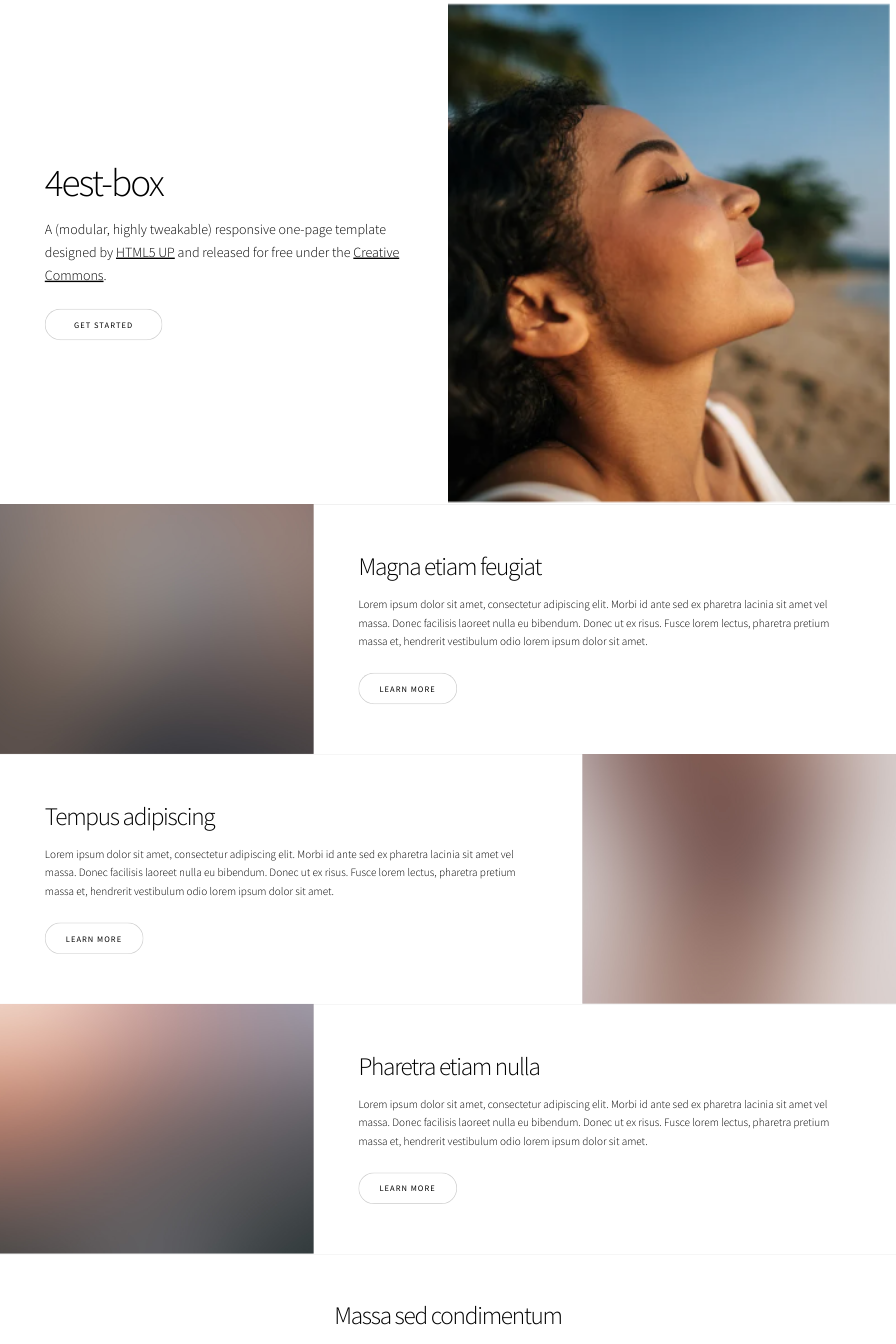
Repository: alejandroRdzGarza/4est-box-landing-page
Page: index.html
An editor plug-in stored every save of this project. The page is shown before and after the next save, followed by the edit.
The browser window is 1280 px wide. The pictures show the part of the page from y = 0 to 1920 px (the page is 5897 px tall before and 5742 px after), at 70% of full size.

Above is the page before, as saved 2025-03-04 18:42:44.

### index.html
<!DOCTYPE HTML>
<!--
	Story by HTML5 UP
	html5up.net | @ajlkn
	Free for personal and commercial use under the CCA 3.0 license (html5up.net/license)
-->
<html>
	<head>
		<title>Story by HTML5 UP</title>
		<meta charset="utf-8" />
		<meta name="viewport" content="width=device-width, initial-scale=1, user-scalable=no" />
		<link rel="stylesheet" href="assets/css/main.css" />
		<link rel="stylesheet" href="assets/css/main.css" />
		<noscript><link rel="stylesheet" href="assets/css/noscript.css" /></noscript>
	</head>
	<body class="is-preload">

		<!-- Wrapper -->
			<div id="wrapper" class="divided">

				<!-- One -->
					<section class="banner style1 orient-left content-align-left image-position-right fullscreen onload-image-fade-in onload-content-fade-right">
						<div class="content">
							<h1>4est-box</h1>
							<p class="major">A (modular, highly tweakable) responsive one-page template designed by <a href="https://html5up.net">HTML5 UP</a> and released for free under the <a href="https://html5up.net/license">Creative Commons</a>.</p>
							<ul class="actions stacked">
								<li><a href="#first" class="button big wide smooth-scroll-middle">Get Started</a></li>
							</ul>
						</div>
						<div class="image">
							<img src="images-landing/5.png" alt="" />
						</div>
					</section>

				<!-- Two -->
					<section class="spotlight style1 orient-right content-align-left image-position-center onscroll-image-fade-in" id="first">
						<div class="content">
							<h2>Magna etiam feugiat</h2>
							<p>Lorem ipsum dolor sit amet, consectetur adipiscing elit. Morbi id ante sed ex pharetra lacinia sit amet vel massa. Donec facilisis laoreet nulla eu bibendum. Donec ut ex risus. Fusce lorem lectus, pharetra pretium massa et, hendrerit vestibulum odio lorem ipsum dolor sit amet.</p>
							<ul class="actions stacked">
								<li><a href="#" class="button">Learn More</a></li>
							</ul>
						</div>
						<div class="image">
							<img src="images/spotlight01.jpg" alt="" />
						</div>
					</section>

				<!-- Three -->
					<section class="spotlight style1 orient-left content-align-left image-position-center onscroll-image-fade-in">
						<div class="content">
							<h2>Tempus adipiscing</h2>
							<p>Lorem ipsum dolor sit amet, consectetur adipiscing elit. Morbi id ante sed ex pharetra lacinia sit amet vel massa. Donec facilisis laoreet nulla eu bibendum. Donec ut ex risus. Fusce lorem lectus, pharetra pretium massa et, hendrerit vestibulum odio lorem ipsum dolor sit amet.</p>
							<ul class="actions stacked">
								<li><a href="#" class="button">Learn More</a></li>
							</ul>
						</div>
						<div class="image">
							<img src="images/spotlight02.jpg" alt="" />
						</div>
					</section>

				<!-- Four -->
					<section class="spotlight style1 orient-right content-align-left image-position-center onscroll-image-fade-in">
						<div class="content">
							<h2>Pharetra etiam nulla</h2>
							<p>Lorem ipsum dolor sit amet, consectetur adipiscing elit. Morbi id ante sed ex pharetra lacinia sit amet vel massa. Donec facilisis laoreet nulla eu bibendum. Donec ut ex risus. Fusce lorem lectus, pharetra pretium massa et, hendrerit vestibulum odio lorem ipsum dolor sit amet.</p>
							<ul class="actions stacked">
								<li><a href="#" class="button">Learn More</a></li>
							</ul>
						</div>
						<div class="image">
							<img src="images/spotlight03.jpg" alt="" />
						</div>
					</section>

				<!-- Five -->
					<section class="wrapper style1 align-center">
						<div class="inner">
							<h2>Massa sed condimentum</h2>
							<p>Lorem ipsum dolor sit amet, consectetur adipiscing elit. Morbi id ante sed ex pharetra lacinia sit amet vel massa. Donec facilisis laoreet nulla eu bibendum. Donec ut ex risus. Fusce lorem lectus, pharetra pretium massa et, hendrerit vestibulum odio lorem ipsum.</p>
						</div>

						<!-- Gallery -->
							<div class="gallery style2 medium lightbox onscroll-fade-in">
								<article>
									<a href="images/gallery/fulls/01.jpg" class="image">
										<img src="images/gallery/thumbs/01.jpg" alt="" />
									</a>
									<div class="caption">
										<h3>Ipsum Dolor</h3>
										<p>Lorem ipsum dolor amet, consectetur magna etiam elit. Etiam sed ultrices.</p>
										<ul class="actions fixed">
											<li><span class="button small">Details</span></li>
										</ul>
									</div>
								</article>
								<article>
									<a href="images/gallery/fulls/02.jpg" class="image">
										<img src="images/gallery/thumbs/02.jpg" alt="" />
									</a>
									<div class="caption">
										<h3>Feugiat Lorem</h3>
										<p>Lorem ipsum dolor amet, consectetur magna etiam elit. Etiam sed ultrices.</p>
										<ul class="actions fixed">
											<li><span class="button small">Details</span></li>
										</ul>
									</div>
								</article>
								<article>
									<a href="images/gallery/fulls/03.jpg" class="image">
										<img src="images/gallery/thumbs/03.jpg" alt="" />
									</a>
									<div class="caption">
										<h3>Magna Amet</h3>
										<p>Lorem ipsum dolor amet, consectetur magna etiam elit. Etiam sed ultrices.</p>
										<ul class="actions fixed">
											<li><span class="button small">Details</span></li>
										</ul>
									</div>
								</article>
								<article>
									<a href="images/gallery/fulls/04.jpg" class="image">
										<img src="images/gallery/thumbs/04.jpg" alt="" />
									</a>
									<div class="caption">
										<h3>Sed Tempus</h3>
										<p>Lorem ipsum dolor amet, consectetur magna etiam elit. Etiam sed ultrices.</p>
										<ul class="actions fixed">
											<li><span class="button small">Details</span></li>
										</ul>
									</div>
								</article>
								<article>
									<a href="images/gallery/fulls/05.jpg" class="image">
										<img src="images/gallery/thumbs/05.jpg" alt="" />
									</a>
									<div class="caption">
										<h3>Ultrices Magna</h3>
										<p>Lorem ipsum dolor amet, consectetur magna etiam elit. Etiam sed ultrices.</p>
										<ul class="actions fixed">
											<li><span class="button small">Details</span></li>
										</ul>
									</div>
								</article>
								<article>
									<a href="images/gallery/fulls/06.jpg" class="image">
										<img src="images/gallery/thumbs/06.jpg" alt="" />
									</a>
									<div class="caption">
										<h3>Sed Tempus</h3>
										<p>Lorem ipsum dolor amet, consectetur magna etiam elit. Etiam sed ultrices.</p>
										<ul class="actions fixed">
											<li><span class="button small">Details</span></li>
										</ul>
									</div>
								</article>
								<article>
									<a href="images/gallery/fulls/07.jpg" class="image">
										<img src="images/gallery/thumbs/07.jpg" alt="" />
									</a>
									<div class="caption">
										<h3>Ipsum Lorem</h3>
										<p>Lorem ipsum dolor amet, consectetur magna etiam elit. Etiam sed ultrices.</p>
										<ul class="actions fixed">
											<li><span class="button small">Details</span></li>
										</ul>
									</div>
								</article>
								<article>
									<a href="images/gallery/fulls/08.jpg" class="image">
										<img src="images/gallery/thumbs/08.jpg" alt="" />
									</a>
									<div class="caption">
										<h3>Magna Risus</h3>
										<p>Lorem ipsum dolor amet, consectetur magna etiam elit. Etiam sed ultrices.</p>
										<ul class="actions fixed">
											<li><span class="button small">Details</span></li>
										</ul>
									</div>
								</article>
								<article>
									<a href="images/gallery/fulls/09.jpg" class="image">
										<img src="images/gallery/thumbs/09.jpg" alt="" />
									</a>
									<div class="caption">
										<h3>Tempus Dolor</h3>
										<p>Lorem ipsum dolor amet, consectetur magna etiam elit. Etiam sed ultrices.</p>
										<ul class="actions fixed">
											<li><span class="button small">Details</span></li>
										</ul>
									</div>
								</article>
								<article>
									<a href="images/gallery/fulls/10.jpg" class="image">
										<img src="images/gallery/thumbs/10.jpg" alt="" />
									</a>
									<div class="caption">
										<h3>Sed Etiam</h3>
										<p>Lorem ipsum dolor amet, consectetur magna etiam elit. Etiam sed ultrices.</p>
										<ul class="actions fixed">
											<li><span class="button small">Details</span></li>
										</ul>
									</div>
								</article>
								<article>
									<a href="images/gallery/fulls/11.jpg" class="image">
										<img src="images/gallery/thumbs/11.jpg" alt="" />
									</a>
									<div class="caption">
										<h3>Magna Lorem</h3>
										<p>Lorem ipsum dolor amet, consectetur magna etiam elit. Etiam sed ultrices.</p>
										<ul class="actions fixed">
											<li><span class="button small">Details</span></li>
										</ul>
									</div>
								</article>
								<article>
									<a href="images/gallery/fulls/12.jpg" class="image">
										<img src="images/gallery/thumbs/12.jpg" alt="" />
									</a>
									<div class="caption">
										<h3>Ipsum Dolor</h3>
										<p>Lorem ipsum dolor amet, consectetur magna etiam elit. Etiam sed ultrices.</p>
										<ul class="actions fixed">
											<li><span class="button small">Details</span></li>
										</ul>
									</div>
								</article>
							</div>

					</section>

				<!-- Six -->
					<section class="wrapper style1 align-center">
						<div class="inner">
							<h2>Ipsum sed consequat</h2>
							<p>Lorem ipsum dolor sit amet, consectetur adipiscing elit. Morbi id ante sed ex pharetra lacinia sit amet vel massa. Donec facilisis laoreet nulla eu bibendum. Donec ut ex risus. Fusce lorem lectus, pharetra pretium massa et, hendrerit vestibulum odio lorem ipsum.</p>
							<div class="items style1 medium onscroll-fade-in">
								<section>
									<span class="icon style2 major fa-gem"></span>
									<h3>Lorem</h3>
									<p>Lorem ipsum dolor sit amet, consectetur adipiscing elit. Morbi dui turpis, cursus eget orci amet aliquam congue semper. Etiam eget ultrices risus nec tempor elit.</p>
								</section>
								<section>
									<span class="icon solid style2 major fa-save"></span>
									<h3>Ipsum</h3>
									<p>Lorem ipsum dolor sit amet, consectetur adipiscing elit. Morbi dui turpis, cursus eget orci amet aliquam congue semper. Etiam eget ultrices risus nec tempor elit.</p>
								</section>
								<section>
									<span class="icon solid style2 major fa-chart-bar"></span>
									<h3>Dolor</h3>
									<p>Lorem ipsum dolor sit amet, consectetur adipiscing elit. Morbi dui turpis, cursus eget orci amet aliquam congue semper. Etiam eget ultrices risus nec tempor elit.</p>
								</section>
								<section>
									<span class="icon solid style2 major fa-wifi"></span>
									<h3>Amet</h3>
									<p>Lorem ipsum dolor sit amet, consectetur adipiscing elit. Morbi dui turpis, cursus eget orci amet aliquam congue semper. Etiam eget ultrices risus nec tempor elit.</p>
								</section>
								<section>
									<span class="icon solid style2 major fa-cog"></span>
									<h3>Magna</h3>
									<p>Lorem ipsum dolor sit amet, consectetur adipiscing elit. Morbi dui turpis, cursus eget orci amet aliquam congue semper. Etiam eget ultrices risus nec tempor elit.</p>
								</section>
								<section>
									<span class="icon style2 major fa-paper-plane"></span>
									<h3>Tempus</h3>
									<p>Lorem ipsum dolor sit amet, consectetur adipiscing elit. Morbi dui turpis, cursus eget orci amet aliquam congue semper. Etiam eget ultrices risus nec tempor elit.</p>
								</section>
								<section>
									<span class="icon solid style2 major fa-desktop"></span>
									<h3>Aliquam</h3>
									<p>Lorem ipsum dolor sit amet, consectetur adipiscing elit. Morbi dui turpis, cursus eget orci amet aliquam congue semper. Etiam eget ultrices risus nec tempor elit.</p>
								</section>
								<section>
									<span class="icon solid style2 major fa-sync-alt"></span>
									<h3>Elit</h3>
									<p>Lorem ipsum dolor sit amet, consectetur adipiscing elit. Morbi dui turpis, cursus eget orci amet aliquam congue semper. Etiam eget ultrices risus nec tempor elit.</p>
								</section>
								<section>
									<span class="icon solid style2 major fa-hashtag"></span>
									<h3>Morbi</h3>
									<p>Lorem ipsum dolor sit amet, consectetur adipiscing elit. Morbi dui turpis, cursus eget orci amet aliquam congue semper. Etiam eget ultrices risus nec tempor elit.</p>
								</section>
								<section>
									<span class="icon solid style2 major fa-bolt"></span>
									<h3>Turpis</h3>
									<p>Lorem ipsum dolor sit amet, consectetur adipiscing elit. Morbi dui turpis, cursus eget orci amet aliquam congue semper. Etiam eget ultrices risus nec tempor elit.</p>
								</section>
								<section>
									<span class="icon solid style2 major fa-envelope"></span>
									<h3>Ultrices</h3>
									<p>Lorem ipsum dolor sit amet, consectetur adipiscing elit. Morbi dui turpis, cursus eget orci amet aliquam congue semper. Etiam eget ultrices risus nec tempor elit.</p>
								</section>
								<section>
									<span class="icon solid style2 major fa-leaf"></span>
									<h3>Risus</h3>
									<p>Lorem ipsum dolor sit amet, consectetur adipiscing elit. Morbi dui turpis, cursus eget orci amet aliquam congue semper. Etiam eget ultrices risus nec tempor elit.</p>
								</section>
							</div>
						</div>
					</section>


					<section class="plans__container">
						<div class="plans">
						<div class="plansHero">
							<h1 class="plansHero__title">Simple, transparent pricing</h1>
							<p class="plansHero__subtitle">No contracts. No suprise fees.</p>
						</div>
						<div class="planItem__container">
							<!--free plan starts -->
							<div class="planItem planItem--free">

							<div class="card">
								<div class="card__header">
								<div class="card__icon symbol symbol--rounded"></div>
								<h2>Free</h2>
								</div>
								<div class="card__desc">Lorem ipsum dolor sit amet, consectetur adipisicing elit, sed do</div>
							</div>

							<div class="price">$0<span>/ month</span></div>

							<ul class="featureList">
								<li>2 links</li>
								<li>Own analytics platform</li>
								<li class="disabled">Chat support</li>
								<li class="disabled">Mobile application</li>
								<li class="disabled">Unlimited users</li>
							</ul>

							<button class="button">Get Started</button>
							</div>
							<!--free plan ends -->

							<!--pro plan starts -->
							<div class="planItem planItem--pro">
							<div class="card">
								<div class="card__header">
								<div class="card__icon symbol"></div>
								<h2>Pro</h2>
								<div class="card__label label">Best Value</div>
								</div>
								<div class="card__desc">Ut enim ad minim veniam, quis nostrud exercitation ullamco laboris</div>
							</div>

							<div class="price">$18<span>/ month</span></div>

							<ul class="featureList">
								<li>2 links</li>
								<li>Own analytics platform</li>
								<li>Chat support</li>
								<li class="disabled">Mobile application</li>
								<li class="disabled">Unlimited users</li>
							</ul>

							<button class="button button--pink">Get Started</button>
							</div>
							<!--pro plan ends -->

							<!--entp plan starts -->
							<div class="planItem planItem--entp">
							<div class="card">
								<div class="card__header">
								<div class="card__icon"></div>
								<h2>Enterprise</h2>
								</div>
								<div class="card__desc">Nisi ut aliquip ex ea commodo consequat. Duis aute irure dolor</div>
							</div>

							<div class="price">Let's Talk</div>

							<ul class="featureList">
								<li>2 links</li>
								<li>Own analytics platform</li>
								<li>Chat support</li>
								<li>Mobile application</li>
								<li>Unlimited users</li>
								<li>Customize Panel</li>
							</ul>

							<button class="button button--white">Get Started</button>
							</div>
							<!--entp plan ends -->

						</div>
						</div>
					</section>

				<!-- Seven -->
					<section class="wrapper style1 align-center">
						<div class="inner medium">
							<h2>Get in touch</h2>
							<form method="post" action="#">
								<div class="fields">
									<div class="field half">
										<label for="name">Name</label>
										<input type="text" name="name" id="name" value="" />
									</div>
									<div class="field half">
										<label for="email">Email</label>
										<input type="email" name="email" id="email" value="" />
									</div>
									<div class="field">
										<label for="message">Message</label>
										<textarea name="message" id="message" rows="6"></textarea>
									</div>
								</div>
								<ul class="actions special">
									<li><input type="submit" name="submit" id="submit" value="Send Message" /></li>
								</ul>
							</form>

						</div>
					</section>

				<!-- Footer -->
					<footer class="wrapper style1 align-center">
						<div class="inner">
							<ul class="icons">
								<li><a href="#" class="icon brands style2 fa-twitter"><span class="label">Twitter</span></a></li>
								<li><a href="#" class="icon brands style2 fa-facebook-f"><span class="label">Facebook</span></a></li>
								<li><a href="#" class="icon brands style2 fa-instagram"><span class="label">Instagram</span></a></li>
								<li><a href="#" class="icon brands style2 fa-linkedin-in"><span class="label">LinkedIn</span></a></li>
								<li><a href="#" class="icon style2 fa-envelope"><span class="label">Email</span></a></li>
							</ul>
							<p>&copy; Untitled. Design: <a href="https://html5up.net">HTML5 UP</a>.</p>
						</div>
					</footer>

			</div>

		<!-- Scripts -->
			<script src="assets/js/jquery.min.js"></script>
			<script src="assets/js/jquery.scrollex.min.js"></script>
			<script src="assets/js/jquery.scrolly.min.js"></script>
			<script src="assets/js/browser.min.js"></script>
			<script src="assets/js/breakpoints.min.js"></script>
			<script src="assets/js/util.js"></script>
			<script src="assets/js/main.js"></script>

	</body>
</html>

Loaded but not shown: assets/css/main.css (library); assets/js/jquery.min.js (library); assets/js/jquery.scrollex.min.js (common file); assets/js/jquery.scrolly.min.js (common file); assets/js/browser.min.js (common file); assets/js/breakpoints.min.js (common file); assets/css/fontawesome-all.min.css (library); assets/js/util.js (587 lines, source omitted); assets/js/main.js (341 lines, source omitted); assets/css/pricing-table.css (287 lines, source omitted)

After the next save:
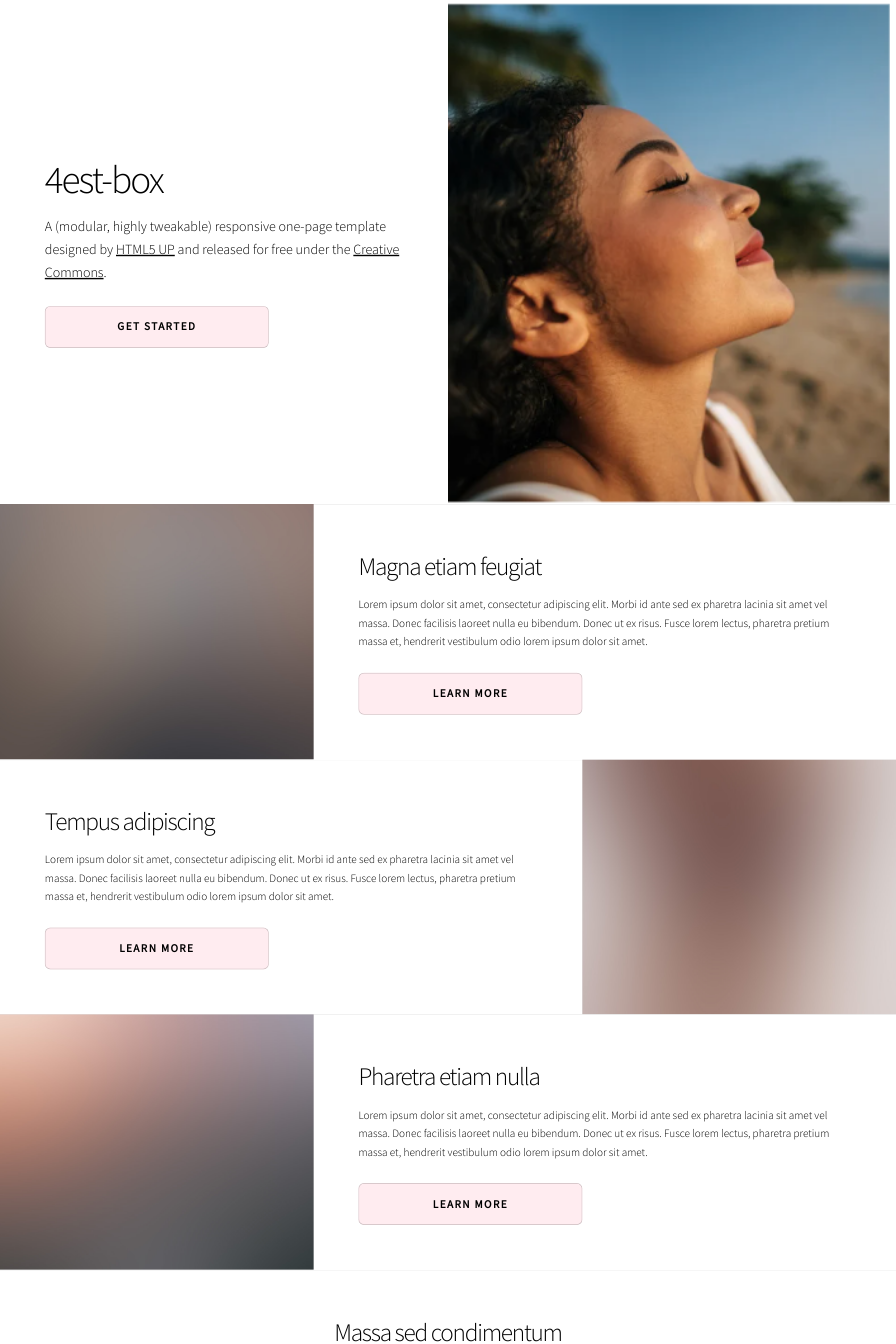
Saved 4 s later.
--- a/index.html
+++ b/index.html
@@ -10,7 +10,7 @@
 		<meta charset="utf-8" />
 		<meta name="viewport" content="width=device-width, initial-scale=1, user-scalable=no" />
 		<link rel="stylesheet" href="assets/css/main.css" />
-		<link rel="stylesheet" href="assets/css/main.css" />
+		<link rel="stylesheet" href="assets/css/pricing-table.css" />
 		<noscript><link rel="stylesheet" href="assets/css/noscript.css" /></noscript>
 	</head>
 	<body class="is-preload">

After the save that followed:
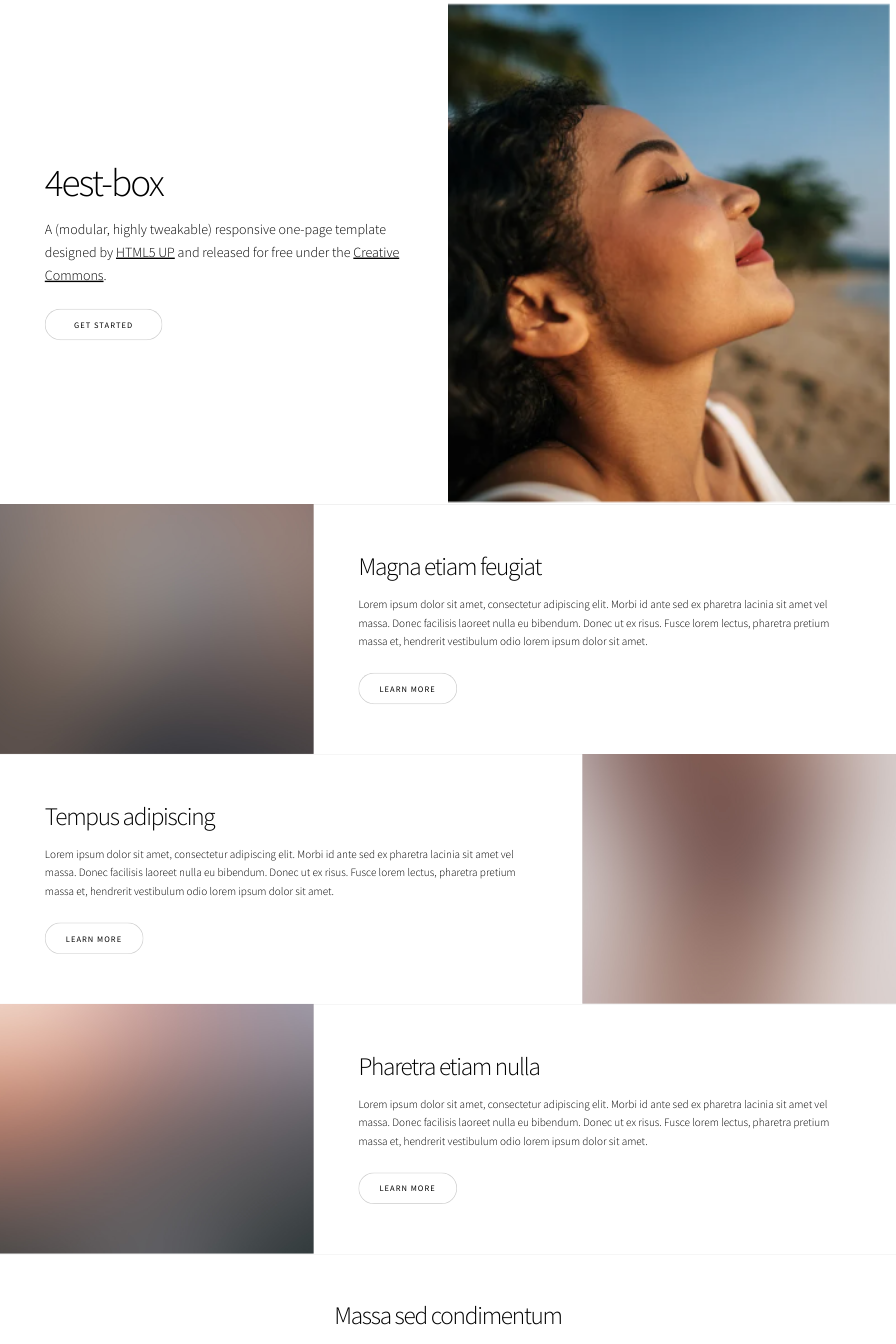
Not found: assets/css/pricing-tale.css
Saved 99 s later.
--- a/index.html
+++ b/index.html
@@ -10,7 +10,7 @@
 		<meta charset="utf-8" />
 		<meta name="viewport" content="width=device-width, initial-scale=1, user-scalable=no" />
 		<link rel="stylesheet" href="assets/css/main.css" />
-		<link rel="stylesheet" href="assets/css/pricing-table.css" />
+		<link rel="stylesheet" href="assets/css/pricing-tale.css" />
 		<noscript><link rel="stylesheet" href="assets/css/noscript.css" /></noscript>
 	</head>
 	<body class="is-preload">
